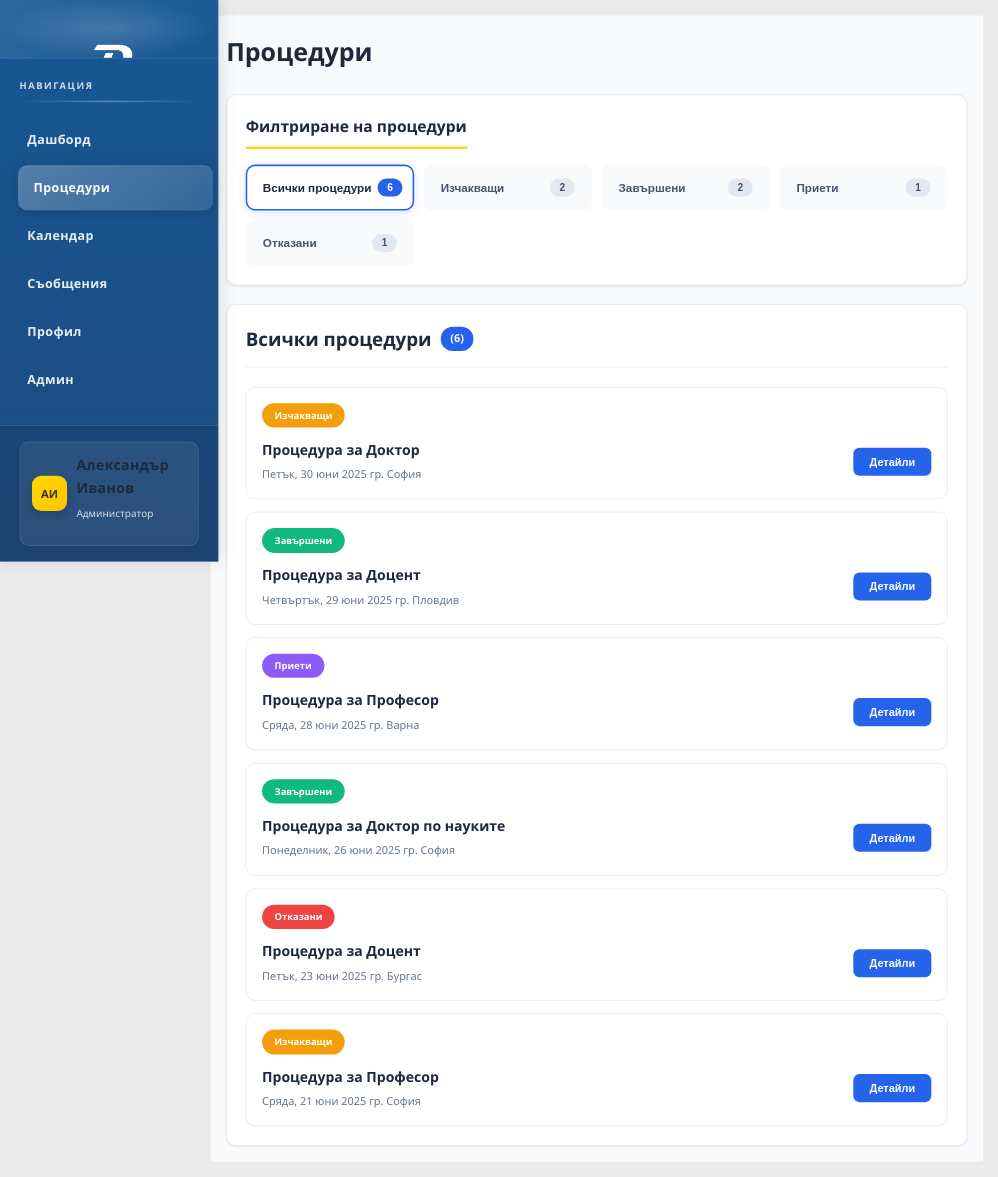
Repository: BorisSavianov/doxa-frontend
Page: /procedures
An editor plug-in stored every save of this project. The page is shown before and after the next save, followed by the edit.
The browser window is 1280 px wide. The pictures show the whole page, at 78% of full size.
The project was rebuilt for these pictures with package versions that can differ from the ones it lists, and the page was loaded fresh each time. Also part of the build but not shown: vite.config.js, src/components/Layout/Header.jsx, src/pages/Dashboard.jsx, src/pages/Profile.css, src/pages/Profile.jsx, src/pages/Inbox.jsx, src/pages/Calendar.css, src/pages/Calendar.jsx and 1 more.

Above is the page before, as saved 2025-10-24 15:08:30.

### index.html
<!doctype html>
<html lang="en">
  <head>
    <meta charset="UTF-8" />
    <link rel="icon" type="image/svg+xml" href="/vite.svg" />
    <meta name="viewport" content="width=device-width, initial-scale=1.0" />
    <title>vtu</title>
  </head>
  <body>
    <div id="root"></div>
    <script type="module" src="/src/main.jsx"></script>
  </body>
</html>

### src/main.jsx
import React from 'react'
import ReactDOM from 'react-dom/client'
import { createBrowserRouter, RouterProvider } from 'react-router-dom'
import { ThemeProvider } from './contexts/ThemeContext'
import { LanguageProvider } from './contexts/LanguageContext'
import Layout from './components/Layout/Layout'
import Dashboard from './pages/Dashboard'
import Profile from './pages/Profile'
import Inbox from './pages/Inbox'
import Calendar from './pages/Calendar'
import Admin from './pages/Admin'
import './index.css'
import Procedures from './pages/Procedures'

const router = createBrowserRouter([
  {
    path: "/",
    element: <Layout />,
    children: [
      {
        index: true,
        element: <Dashboard />,
      },
      {
        path: "dashboard",
        element: <Dashboard />,
      },
      {
        path: "profile",
        element: <Profile />,
      },
      {
        path: "inbox",
        element: <Inbox />,
      },
      {
        path: "calendar",
        element: <Calendar />,
      },
      {
        path: "admin",
        element: <Admin />,
      },
       {
        path: "procedures",
        element: <Procedures />,
      },
    ],
  },
], {
  future: {
    v7_startTransition: true,
    v7_relativeSplatPath: true,
  },
});

function App() {
  return (
    <ThemeProvider>
      <LanguageProvider>
        <RouterProvider router={router} />
      </LanguageProvider>
    </ThemeProvider>
  )
}

ReactDOM.createRoot(document.getElementById('root')).render(
  <React.StrictMode>
    <App />
  </React.StrictMode>,
)

### src/contexts/LanguageContext.jsx
import React, { createContext, useContext, useState } from 'react'
import { useLocalStorage } from '../hooks/useLocalStorage'

const LanguageContext = createContext()

export const useLanguage = () => {
  const context = useContext(LanguageContext)
  if (!context) {
    throw new Error('useLanguage must be used within a LanguageProvider')
  }
  return context
}

export const LanguageProvider = ({ children }) => {
  const [isEnglish, setIsEnglish] = useLocalStorage('language', false)

  const toggleLanguage = () => {
    setIsEnglish(prev => !prev)
  }

  const t = (bg, en) => {
    return isEnglish ? en : bg
  }

  const value = {
    isEnglish,
    toggleLanguage,
    t
  }

  return (
    <LanguageContext.Provider value={value}>
      {children}
    </LanguageContext.Provider>
  )
}

// В LanguageContext.jsx, добави следния код в t функцията или създай нова:
const calendarLocales = {
  bg: {
    buttonText: {
      today: 'Днес',
      month: 'Месец',
      week: 'Седмица',
      day: 'Ден',
      list: 'Списък'
    },
    allDayText: 'Цял ден',
    noEventsText: 'Няма събития'
  },
  en: {
    buttonText: {
      today: 'Today',
      month: 'Month',
      week: 'Week',
      day: 'Day',
      list: 'List'
    },
    allDayText: 'All day',
    noEventsText: 'No events'
  }
}

// Актуализирай t функцията или добави нова:
const getCalendarLocale = () => {
  return isEnglish ? calendarLocales.en : calendarLocales.bg
}

### src/components/Layout/Layout.jsx
import React from 'react'
import { Outlet } from 'react-router-dom'
import { useTheme } from '../../contexts/ThemeContext'
import Header from './Header'
import Sidebar from './Sidebar'
import '../../styles/globals.css'

const Layout = () => {
  const { isDark } = useTheme()

  return (
    <div className={`app ${isDark ? 'dark' : 'light'}`}>
      <Sidebar />
      <div className="main-content">

        <Outlet />
      </div>
    </div>
  )
}

export default Layout

### src/index.css
:root {
  font-family: Inter, system-ui, Avenir, Helvetica, Arial, sans-serif;
  line-height: 1.5;
  font-weight: 400;
}

body {
  margin: 0;
  display: flex;
  place-items: center;
  min-width: 320px;
  min-height: 100vh;
}

#root {
  width: 100%;
  margin: 0 auto;
}

### src/pages/Procedures.jsx
import React, { useState } from 'react';
import { Link } from 'react-router-dom';
import '../styles/procedures.css';

const Procedures = () => {
  const [selectedCategory, setSelectedCategory] = useState('всички');

  const proceduresData = {
    'всички': [
      {
        title: 'Процедура за Доктор',
        date: 'Петък, 30 юни 2025 гр. София',
        category: 'изчакващи',
        status: 'pending'
      },
      {
        title: 'Процедура за Доцент',
        date: 'Четвъртък, 29 юни 2025 гр. Пловдив',
        category: 'завършени',
        status: 'completed'
      },
      {
        title: 'Процедура за Професор',
        date: 'Сряда, 28 юни 2025 гр. Варна',
        category: 'приети',
        status: 'accepted'
      },
      {
        title: 'Процедура за Доктор по науките',
        date: 'Понеделник, 26 юни 2025 гр. София',
        category: 'завършени',
        status: 'completed'
      },
      {
        title: 'Процедура за Доцент',
        date: 'Петък, 23 юни 2025 гр. Бургас',
        category: 'отказани',
        status: 'rejected'
      },
      {
        title: 'Процедура за Професор',
        date: 'Сряда, 21 юни 2025 гр. София',
        category: 'изчакващи',
        status: 'pending'
      }
    ],
    'изчакващи': [
      {
        title: 'Процедура за Доктор',
        date: 'Петък, 30 юни 2025 гр. София',
        category: 'изчакващи',
        status: 'pending'
      },
      {
        title: 'Процедура за Професор',
        date: 'Сряда, 21 юни 2025 гр. София',
        category: 'изчакващи',
        status: 'pending'
      }
    ],
    'завършени': [
      {
        title: 'Процедура за Доцент',
        date: 'Четвъртък, 29 юни 2025 гр. Пловдив',
        category: 'завършени',
        status: 'completed'
      },
      {
        title: 'Процедура за Доктор по науките',
        date: 'Понеделник, 26 юни 2025 гр. София',
        category: 'завършени',
        status: 'completed'
      }
    ],
    'приети': [
      {
        title: 'Процедура за Професор',
        date: 'Сряда, 28 юни 2025 гр. Варна',
        category: 'приети',
        status: 'accepted'
      }
    ],
    'отказани': [
      {
        title: 'Процедура за Доцент',
        date: 'Петък, 23 юни 2025 гр. Бургас',
        category: 'отказани',
        status: 'rejected'
      }
    ]
  };

  const categories = [
    { value: 'всички', label: 'Всички процедури', count: 6 },
    { value: 'изчакващи', label: 'Изчакващи', count: 2 },
    { value: 'завършени', label: 'Завършени', count: 2 },
    { value: 'приети', label: 'Приети', count: 1 },
    { value: 'отказани', label: 'Отказани', count: 1 }
  ];

  const getProceduresToShow = () => {
    if (selectedCategory === 'всички') {
      return proceduresData['всички'];
    }
    return proceduresData[selectedCategory] || [];
  };

  const getCategoryColor = (category) => {
    const colors = {
      'изчакващи': '#f59e0b',
      'завършени': '#10b981',
      'приети': '#8b5cf6',
      'отказани': '#ef4444'
    };
    return colors[category] || '#6b7280';
  };

  const getStatusText = (status) => {
    const statusText = {
      'pending': 'Изчаква',
      'completed': 'Завършена',
      'accepted': 'Приета',
      'rejected': 'Отхвърлена'
    };
    return statusText[status] || 'Неизвестен';
  };

  return (
    <div className="procedures-page">
      <div className="page-header">

        <h1>Процедури</h1>
      </div>

      <div className="procedures-container">
        {/* Филтри */}
        <div className="procedures-filters">
          <h2>Филтриране на процедури</h2>
          <div className="filters-grid">
            {categories.map((category) => (
              <button
                key={category.value}
                className={`filter-btn ${selectedCategory === category.value ? 'active' : ''}`}
                onClick={() => setSelectedCategory(category.value)}
              >
                <span className="filter-label">{category.label}</span>
                <span className="filter-count">{category.count}</span>
              </button>
            ))}
          </div>
        </div>

        {/* Списък с процедури */}
        <div className="procedures-list-section">
          <div className="section-header">
            <h3>
              {selectedCategory === 'всички'
                ? 'Всички процедури'
                : categories.find(cat => cat.value === selectedCategory)?.label
              }
              <span className="procedures-count">({getProceduresToShow().length})</span>
            </h3>
          </div>

          <div className="procedures-list">
            {getProceduresToShow().map((procedure, index) => (
              <div key={index} className="procedure-card">
                <div className="procedure-header">
                  <div className="procedure-category">
                    <span
                      className="category-badge"
                      style={{ backgroundColor: getCategoryColor(procedure.category) }}
                    >
                      {procedure.category}
                    </span>
                  </div>
                </div>

                <div className="procedure-content">
                  <div className="procedure-info">
                    <div className="procedure-title">{procedure.title}</div>
                    <div className="procedure-date">{procedure.date}</div>
                  </div>
                  <div className="procedure-actions">
                    <button className="details-btn">Детайли</button>
                  </div>
                </div>
              </div>
            ))}
          </div>

          {getProceduresToShow().length === 0 && (
            <div className="no-procedures">
              <h3>Няма намерени процедури</h3>
              <p>Не са открити процедури за избрания филтър</p>
            </div>
          )}
        </div>
      </div>
    </div>
  );
};

export default Procedures;

### src/components/Layout/Sidebar.jsx
import React from 'react'
import { NavLink } from 'react-router-dom'
import { useLanguage } from '../../contexts/LanguageContext'

const Sidebar = () => {
  const { t } = useLanguage()

  const menuItems = [
    { path: '/dashboard', label: t('Дашборд', 'Dashboard') },
    { path: '/procedures', label: t('Процедури', 'Procedures') },
    { path: '/calendar', label: t('Календар', 'Calendar') },
    { path: '/inbox', label: t('Съобщения', 'Inbox') },
    { path: '/profile', label: t('Профил', 'Profile') },
    { path: '/admin', label: t('Админ', 'Admin') }
  ]

  return (
    <aside className="sidebar">
      {/* Header with Logo */}
      <div className="sidebar-header">
        <div className="logo-container">
          <img
            src="/logo.png"
            alt="Logo"
            className="logo"
            onError={(e) => {
              e.target.style.display = 'none'
              e.target.nextSibling.style.display = 'block'
            }}
          />

        </div>
        <div className="header-glow"></div>
      </div>

      {/* Navigation Menu */}
      <nav className="sidebar-nav">
        <div className="nav-header">
          <div className="nav-title">НАВИГАЦИЯ</div>
          <div className="nav-divider"></div>
        </div>

        <ul className="nav-menu">
          {menuItems.map((item) => (
            <li key={item.path} className="nav-item">
              <NavLink
                to={item.path}
                className={({ isActive }) =>
                  `nav-link ${isActive ? 'active' : ''}`
                }
              >
                <span className="nav-label">{item.label}</span>
                <div className="nav-active-indicator"></div>
              </NavLink>
            </li>
          ))}
        </ul>
      </nav>

      {/* Sidebar Footer */}
      <div className="sidebar-footer">
        <div className="user-profile">
          <div className="user-avatar">
            <div className="avatar-initials">АИ</div>
          </div>
          <div className="user-info">
            <div className="user-name">Александър Иванов</div>
            <div className="user-role">Администратор</div>
          </div>
        </div>
      </div>
    </aside>
  )
}

export default Sidebar

### src/styles/dashboard.css
.dashboard {
    padding: 20px;
    min-height: 100vh;
    position: relative;
}

.dashboard-header {
    position: absolute;
    top: 0;
    left: 0;
    right: 0;
    height: 4px;
    background: #2563eb;
    background: linear-gradient(90deg, #2563eb 0%, #3b82f6 50%, #2563eb 100%);
}

.dashboard h2 {
    color: #2d3748;
    margin-bottom: 24px;
    font-size: 28px;
    font-weight: 600;
    margin-top: 10px;
}

.card {
    background: white;
    border-radius: 12px;
    padding: 24px;
    box-shadow: 0 4px 6px rgba(0, 0, 0, 0.05);
    border: 1px solid #e2e8f0;
    position: relative;
    overflow: hidden;
}

.card h2 {
    color: #2d3748;
    margin-bottom: 20px;
    font-size: 20px;
    font-weight: 600;
    border-bottom: 2px solid #e2e8f0;
    padding-bottom: 12px;
}

/* Процедури стилове - цяла ширина */
.procedures-card.full-width {
    grid-column: 1 / -1;
    margin-bottom: 24px;
}

.procedures-grid {
    display: grid;
    grid-template-columns: 1fr 1fr;
    gap: 40px;
}

.procedures-column {
    display: flex;
    flex-direction: column;
    justify-content: space-evenly;
    gap: 24px;
}

.procedure-section:nth-child(even) {
    flex: 1;
    display: flex;
    flex-direction: column;
    justify-content: flex-end;
}

.procedure-section h3 {
    font-size: 14px;
    color: #718096;
    margin-bottom: 8px;
    font-weight: 500;
}

.procedure-item {
    padding: 16px;
    border-radius: 8px;
    border: 1px solid #e2e8f0;
    transition: all 0.2s ease;
    background: white;
}

.procedure-item.waiting {
    padding: 12px 16px;
}

.procedure-content {
    display: flex;
    justify-content: space-between;
    align-items: flex-start;
    gap: 12px;
}

.procedure-info {
    flex: 1;
}

.procedure-title {
    font-weight: 600;
    color: #2d3748;
    margin-bottom: 4px;
}

.procedure-date {
    font-size: 14px;
    color: #718096;
}

.procedure-item:hover {
    background-color: #f7fafc;
    box-shadow: 0 2px 4px rgba(0, 0, 0, 0.1);
}

.procedure-list {
    display: flex;
    flex-direction: column;
    gap: 12px;
}

/* Бутон за детайли */
.details-btn {
    background: #2563eb;
    color: white;
    border: none;
    padding: 8px 16px;
    border-radius: 6px;
    font-size: 14px;
    font-weight: 500;
    cursor: pointer;
    transition: all 0.2s ease;
    white-space: nowrap;
    min-width: 80px;
}

.details-btn:hover {
    background: #1d4ed8;
    box-shadow: 0 2px 4px rgba(37, 99, 235, 0.3);
}

.details-btn:active {
    transform: translateY(0);
}

/* Долни секции */
.bottom-sections {
    display: grid;
    grid-template-columns: 1fr;
    gap: 24px;
}

/* Аналитики стилове - подобрени */
.analytics-card.full-width {
    grid-column: 1 / -1;
}

.analytics-content {
    padding: 10px 0;
}

.analytics-main {
    text-align: center;
    margin-bottom: 20px;
    padding: 20px;
    background: linear-gradient(135deg, #2563eb 0%, #3b82f6 100%);
    border-radius: 12px;
    color: white;
}

.month {
    font-size: 28px;
    font-weight: 700;
    margin-bottom: 8px;
}

.trend {
    font-size: 16px;
    font-weight: 600;
    padding: 8px 16px;
    border-radius: 20px;
    display: inline-block;
}

.trend.positive {
    background: rgba(255, 255, 255, 0.2);
    border: 1px solid rgba(255, 255, 255, 0.3);
}

.analytics-stats {
    display: grid;
    grid-template-columns: repeat(5, 1fr);
    gap: 15px;
    margin-top: 15px;
}

.stat-item {
    text-align: center;
    padding: 20px 15px;
    background: #f8fafc;
    border-radius: 12px;
    border: 1px solid #e2e8f0;
    transition: all 0.3s ease;
}

.stat-item:hover {
    /* transform: translateY(-2px); */
    box-shadow: 0 4px 12px rgba(0, 0, 0, 0.1);
}

.stat-value {
    font-size: 32px;
    font-weight: 700;
    color: #2563eb;
    margin-bottom: 8px;
}

.stat-value.accepted {
    color: #10b981;
}

.stat-value.rejected {
    color: #ef4444;
}

.stat-label {
    font-size: 14px;
    color: #64748b;
    font-weight: 500;
}

/* Календар стилове */
.calendar-placeholder {
    height: 200px;
    display: flex;
    align-items: center;
    justify-content: center;
    background: #f7fafc;
    border-radius: 8px;
    border: 2px dashed #e2e8f0;
}

.calendar-placeholder p {
    color: #a0aec0;
    font-size: 16px;
}

/* Responsive дизайн */
@media (max-width: 1024px) {
    .procedures-grid {
        gap: 30px;
    }

    .analytics-stats {
        grid-template-columns: repeat(3, 1fr);
    }
}

@media (max-width: 768px) {
    .dashboard {
        padding: 16px;
    }

    .card {
        padding: 20px;
    }

    .procedures-grid {
        grid-template-columns: 1fr;
        gap: 20px;
    }

    .bottom-sections {
        grid-template-columns: 1fr;
    }

    .procedures-card.full-width {
        margin-bottom: 20px;
    }

    .procedure-content {
        flex-direction: column;
        gap: 8px;
    }

    .details-btn {
        align-self: flex-end;
        min-width: 70px;
        padding: 6px 12px;
        font-size: 13px;
    }

    .analytics-stats {
        grid-template-columns: repeat(2, 1fr);
    }

    .stat-value {
        font-size: 28px;
    }
}

@media (max-width: 480px) {
    .month {
        font-size: 20px;
    }

    .dashboard h2 {
        font-size: 24px;
    }

    .analytics-stats {
        grid-template-columns: 1fr;
    }

    .stat-value {
        font-size: 24px;
    }

    .stat-item {
        padding: 15px 10px;
    }
}

Loaded but not shown: src/contexts/ThemeContext.js (31 lines, source omitted); src/hooks/useLocalStorage.js (24 lines, source omitted); src/styles/globals.css (883 lines, source omitted); src/pages/Inbox.css (598 lines, source omitted); src/styles/admin.css (582 lines, source omitted); src/styles/procedures.css (365 lines, source omitted)

After the next save:
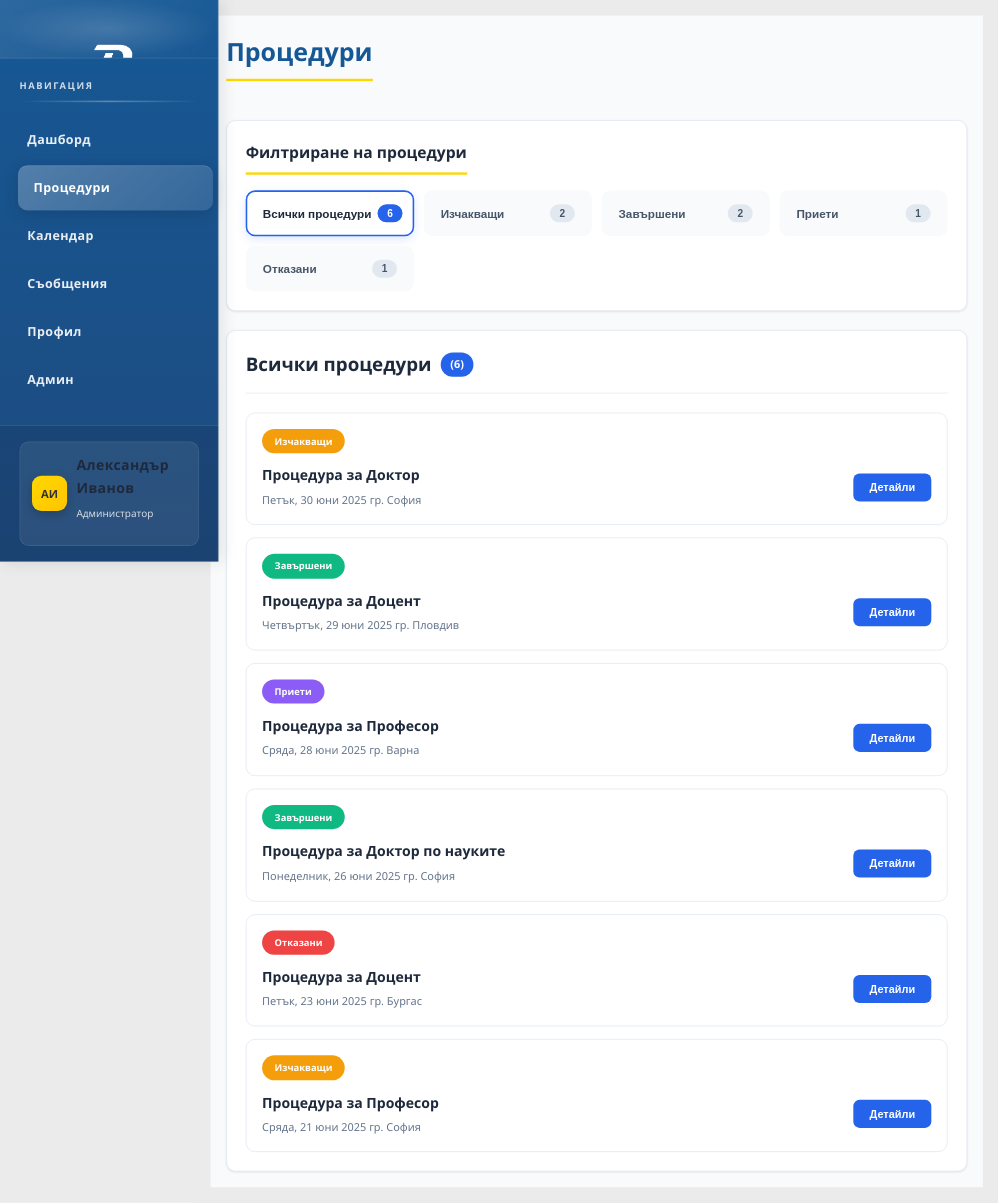
Saved 114 s later.
--- a/src/pages/Procedures.jsx
+++ b/src/pages/Procedures.jsx
@@ -129,7 +129,7 @@ const Procedures = () => {
     <div className="procedures-page">
       <div className="page-header">
 
-        <h1>Процедури</h1>
+        <h2>Процедури</h2>
       </div>
 
       <div className="procedures-container">
